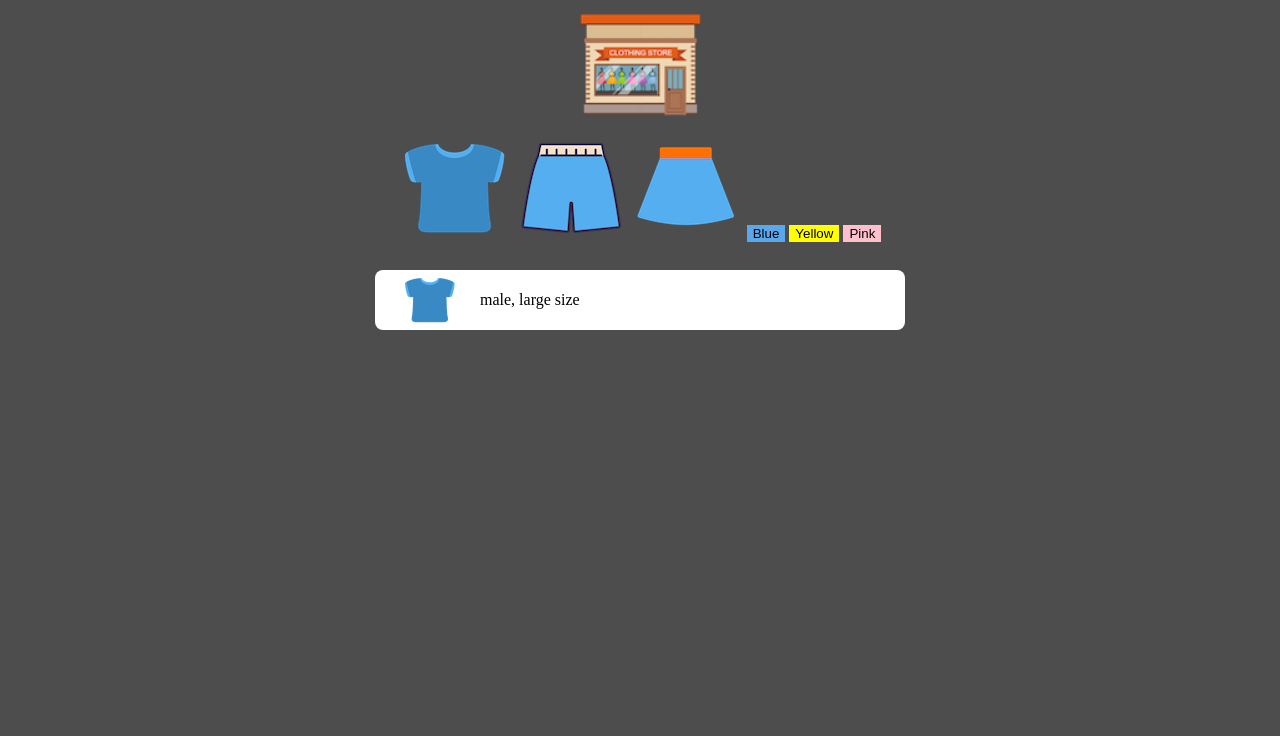
Repository: keehoonjung/Shoppingmall-Game
Page: index.html
The author's editor kept a copy of each file at every save. The page is drawn from the files as they stood at one save, then again after the next save.
The browser window is 1280 px wide. The pictures show the whole page.

Above is the page before, as saved 2021-08-12 19:23:41.
Console error: TypeError: Cannot read properties of null (reading 'addEventListener')

### index.html
<!DOCTYPE html>
<html lang="en">
<head>
    <meta charset="UTF-8">
    <meta http-equiv="X-UA-Compatible" content="IE=edge">
    <meta name="viewport" content="width=device-width, initial-scale=1.0">
    <title>Shoppingamll Game</title>
    <link rel="stylesheet" href="style.css">
    <script src="main.js" defer></script>
</head>
<body>
    <header class="header">
        <img src="./imgs/logo.png" alt="header" class="header__logo">
    </header>
    <section class="buttons type">
        <button class="button">
            <img src="./imgs/blue_t.png" alt="shirt" class="shirt">
        </button>
        <button class="button type">
            <img src="./imgs/blue_p.png" alt="pants" class="pants">
        </button>
        <button class="button type">
            <img src="./imgs/blue_s.png" alt="" class="skirt">
        </button>
        <button class="button color blue">
            Blue
        </button>
        <button class="button color yellow">
            Yellow
        </button>
        <button class="button color pink">
            Pink
        </button>
    </section>
    <ul class="items">
        <li class="item" data-type="shirt" data-color="blue">
            <img src="./imgs/blue_t.png" alt="blueshirt" class="item__thumbnail">
            <span class="item__description">male, large size</span>
        </li>
    </ul>
</body>
</html>

### style.css
:root {
  /* color */
  --color-white: #ffffff;
  --color-dark-grey: #4d4d4d;
  --color-blue: #73aace;
  --color-orange: #feb546;
  --color-pink: #fd7bcc;

  /* size */
  --button-img-size: 60px;

  /* fontsize */
  --font-size: 18px;

  /* animatione */
  --animation-duration: 300ms;

  /* basic space */
  --basic-space: 8px;

  /* border */
  --border-size: 8px;
}

body {
  background-color: var(--color-dark-grey);
  display: flex;
  flex-direction: column;
  justify-content: center;
  text-align: center;
  height: 100vh;
}

.button {
  outline: none;
  border: none;
  background-color: transparent;
  border-radius: var(--border-size)
  padding: var(--basic-space)
  cursor: pointer;
  transition: transform 300ms ease-in;
}

button:hover {
  transform: scale(1.1);
}

.header__logo {
  width: 125px;
  cursor: pointer;
  transition: transform 300ms ease-in;
}

.header__logo:hover {
  transform: scale(1.1);
}

.filter {
  display: flex;
  justify-content: center;
  margin: 0;
  padding: 0;
  padding-left: 60px;
}

.filter__btn {
  padding-right: 24px;
}

.filter__btn img {
  height: 50px;
  cursor: pointer;
  transition: transform 300ms ease-in;
}

.filter__btn img:hover {
  transform: scale(1.1);
}

.blue {
  background-color: rgb(90, 167, 235);
}

.yellow {
  background-color: yellow;
}

.pink {
  background-color: pink;
}

.items {
  padding: 0;
  overflow-y: auto;
  height: 500px;
}

.item {
  background-color: white;
  margin-bottom: 12px;
  width: 500px;
  height: 60px;
  margin: 12px auto;
  border-radius: 8px;
  display: flex;
  align-items: center;
  padding-left: 30px;
}

.item.visible {
  display: flex;
}

.item img {
  height: 50px;
}

.item span {
  margin-left: 25px;
}

### main.js
"use strict";

const navi = document.querySelector(".filter");
const itemList = document.querySelector(".items");
const allItem = Array.from(document.querySelectorAll(".item"));
const headerLogo = document.querySelector(".header__logo");

headerLogo.addEventListener("click", () => {
  createAll();
});

navi.addEventListener("click", (evnet) => {
  const tag = event.target.tagName;
  const targetName = event.target.classList.value;
  if (tag == "IMG") {
    const items = allItem.filter((item) => item.dataset.type == targetName);
    deleteAll();
    items.forEach((item) => {
      item.classList.add("visible");
    });
  } else if (tag == "BUTTON") {
    const items = allItem.filter((item) => item.dataset.color == targetName);
    deleteAll();
    items.forEach((item) => {
      item.classList.add("visible");
    });
  }
});

function deleteAll() {
  allItem.forEach((item) => {
    item.classList.remove("visible");
  });
}

function createAll() {
  allItem.forEach((item) => {
    item.classList.add("visible");
  });
}

After the next save:
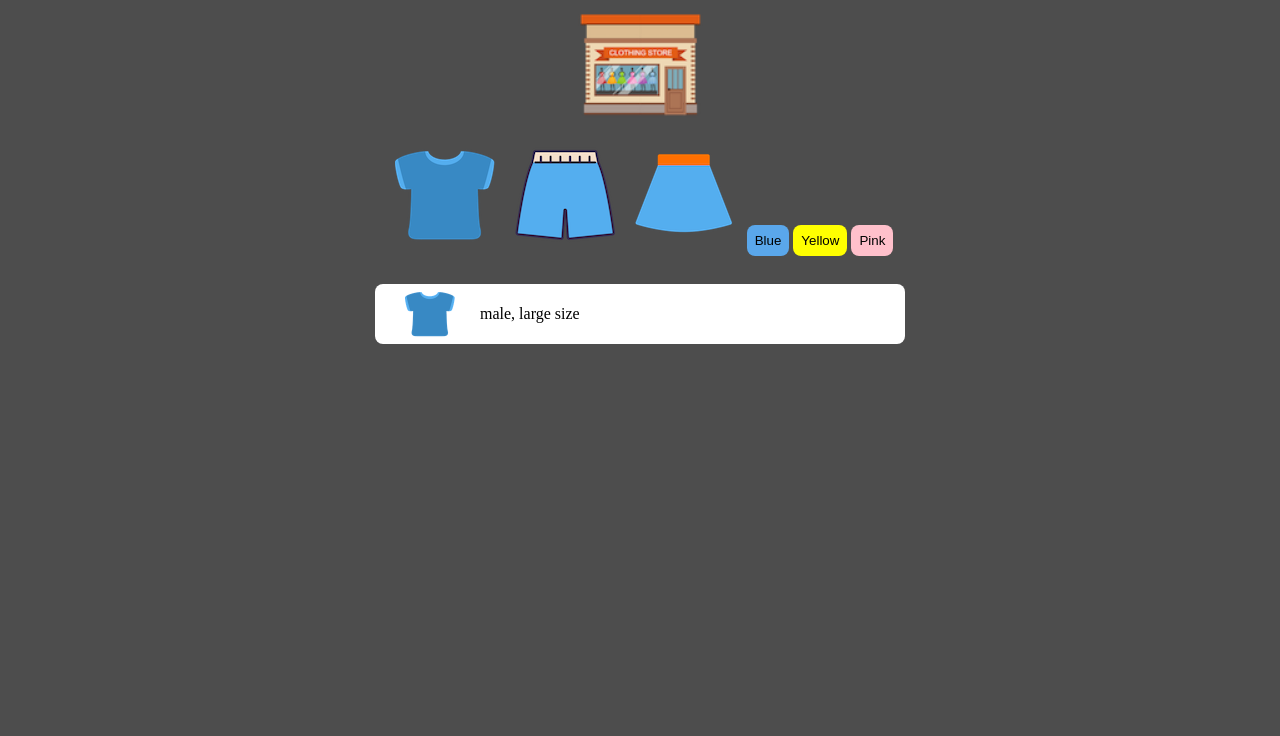
Saved 10 s later.
--- a/style.css
+++ b/style.css
@@ -35,8 +35,8 @@ body {
   outline: none;
   border: none;
   background-color: transparent;
-  border-radius: var(--border-size)
-  padding: var(--basic-space)
+  border-radius: var(--border-size);
+  padding: var(--basic-space);
   cursor: pointer;
   transition: transform 300ms ease-in;
 }
